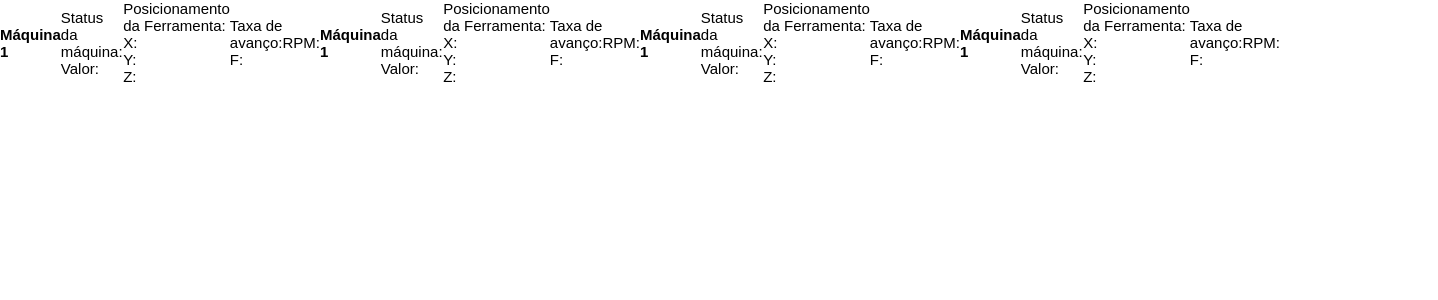
Repository: Murilo-Herrick/Dados-Faculdade
Page: Faculdade - SENAI/1º Semestre/Projeto Integrador/Desenvolvimento/WEB/Monitoramento_CNC_V0.2/TelaPrincipal.html
An editor plug-in stored every save of this project. The page is shown before and after the next save, followed by the edit.
The browser window is 1280 px wide. The page is 1280 px wide, then 1438 px, so the pictures cover 1438 px, including what lies to the right of the window. The pictures show the whole page.

Above is the page before, as saved 2024-05-17 01:04:20.

### Faculdade - SENAI/1º Semestre/Projeto Integrador/Desenvolvimento/WEB/Monitoramento_CNC_V0.2/TelaPrincipal.html
<!DOCTYPE html>
<html lang="pt_">
<head>
    <meta charset="UTF-8">
    <meta name="viewport" content="width=device-width, initial-scale=1.0">
    <title>Máquina CNC</title>
    <link rel="stylesheet" href="css/TelaPrincipal.css">
</head>
<body>
    <h1>Máquina 1</h1>
    <div id="statusMaquina">
        <label for="status" id="tituloStatus">Status da máquina: </label>
        <p id="valorDoStatus">Valor: </p>
    </div>
    <div id="posicionamentoFerramenta">
        <label for="posicionamento" id="titulo">Posicionamento da Ferramenta: </label>
        <p id="eixo_X">X: </p>
        <p id="eixo_Y">Y: </p>
        <p id="eixo_Z">Z: </p>
    </div>
    <div id="taxaDeAvanco">
        <label for="taxaAvanco">Taxa de avanço: </label>
        <p id="valorAvanco">F: </p>
    </div>
    <div id="rpmMaquina">
        <label for="rpm">RPM: </label>
        <p id="valorRPM"> </p>
    </div>
    <script src="js/TelaPrincipal.js"></script>
</body>
</html>
<!DOCTYPE html>
<html lang="pt_">
<head>
    <meta charset="UTF-8">
    <meta name="viewport" content="width=device-width, initial-scale=1.0">
    <title>Máquina CNC</title>
    <link rel="stylesheet" href="css/TelaPrincipal.css">
</head>
<body>
    <h1>Máquina 1</h1>
    <div id="statusMaquina">
        <label for="status" id="tituloStatus">Status da máquina: </label>
        <p id="valorDoStatus">Valor: </p>
    </div>
    <div id="posicionamentoFerramenta">
        <label for="posicionamento">Posicionamento da Ferramenta: </label>
        <p id="eixo_X">X: </p>
        <p id="eixo_Y">Y: </p>
        <p id="eixo_Z">Z: </p>
    </div>
    <div id="taxaDeAvanco">
        <label for="taxaAvanco">Taxa de avanço: </label>
        <p id="valorAvanco">F: </p>
    </div>
    <div id="rpmMaquina">
        <label for="rpm">RPM: </label>
        <p id="valorRPM"> </p>
    </div>
    <script src="js/TelaPrincipal.js"></script>
</body>
</html>
<!DOCTYPE html>
<html lang="pt_">
<head>
    <meta charset="UTF-8">
    <meta name="viewport" content="width=device-width, initial-scale=1.0">
    <title>Máquina CNC</title>
    <link rel="stylesheet" href="css/TelaPrincipal.css">
</head>
<body>
    <h1>Máquina 1</h1>
    <div id="statusMaquina">
        <label for="status" id="">Status da máquina: </label>
        <p id="valorDoStatus">Valor: </p>
    </div>
    <div id="posicionamentoFerramenta">
        <label for="posicionamento">Posicionamento da Ferramenta: </label>
        <p id="eixo_X">X: </p>
        <p id="eixo_Y">Y: </p>
        <p id="eixo_Z">Z: </p>
    </div>
    <div id="taxaDeAvanco">
        <label for="taxaAvanco">Taxa de avanço: </label>
        <p id="valorAvanco">F: </p>
    </div>
    <div id="rpmMaquina">
        <label for="rpm">RPM: </label>
        <p id="valorRPM"> </p>
    </div>
    <script src="js/TelaPrincipal.js"></script>
</body>
</html>
<!DOCTYPE html>
<html lang="pt_">
<head>
    <meta charset="UTF-8">
    <meta name="viewport" content="width=device-width, initial-scale=1.0">
    <title>Máquina CNC</title>
    <link rel="stylesheet" href="css/TelaPrincipal.css">
</head>
<body>
    <h1>Máquina 1</h1>
    <div id="statusMaquina">
        <label for="status">Status da máquina: </label>
        <p id="valorDoStatus">Valor: </p>
    </div>
    <div id="posicionamentoFerramenta">
        <label for="posicionamento">Posicionamento da Ferramenta: </label>
        <p id="eixo_X">X: </p>
        <p id="eixo_Y">Y: </p>
        <p id="eixo_Z">Z: </p>
    </div>
    <div id="taxaDeAvanco">
        <label for="taxaAvanco">Taxa de avanço: </label>
        <p id="valorAvanco">F: </p>
    </div>
    <div id="rpmMaquina">
        <label for="rpm">RPM: </label>
        <p id="valorRPM"> </p>
    </div>
    <script></script>
</body>
</html>

### Faculdade - SENAI/1º Semestre/Projeto Integrador/Desenvolvimento/WEB/Monitoramento_CNC_V0.2/css/TelaPrincipal.css
* {
    margin: 0;
    padding: 0;
    font-family: Arial, Helvetica, sans-serif;
    font-size: 15px;
    box-sizing: border-box;
}

body {
    display: flex;
    justify-content: center;
    align-items: center;
    min
}

Loaded but not shown: Faculdade - SENAI/1º Semestre/Projeto Integrador/Desenvolvimento/WEB/Monitoramento_CNC_V0.2/js/TelaPrincipal.js (no copy from this time; the picture is the same without it)

After the next save:
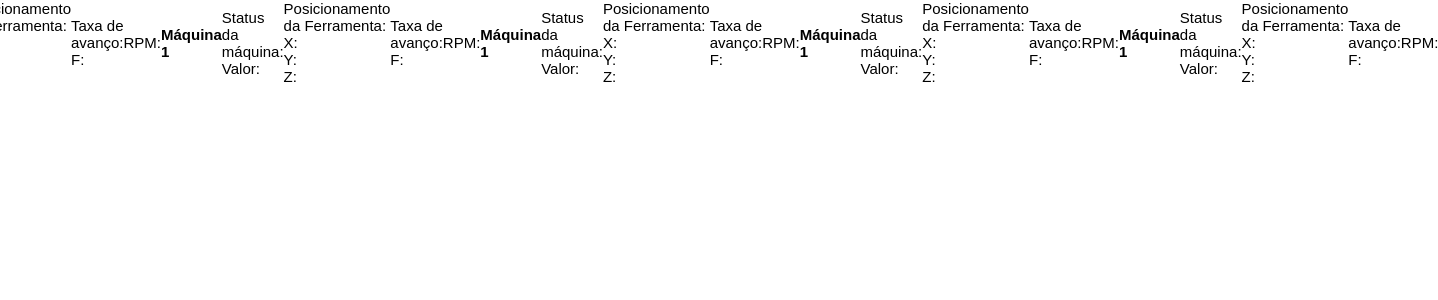
Saved 7 s later.
--- a/Faculdade - SENAI/1º Semestre/Projeto Integrador/Desenvolvimento/WEB/Monitoramento_CNC_V0.2/TelaPrincipal.html
+++ b/Faculdade - SENAI/1º Semestre/Projeto Integrador/Desenvolvimento/WEB/Monitoramento_CNC_V0.2/TelaPrincipal.html
@@ -1,3 +1,34 @@
+<!DOCTYPE html>
+<html lang="pt_">
+<head>
+    <meta charset="UTF-8">
+    <meta name="viewport" content="width=device-width, initial-scale=1.0">
+    <title>Máquina CNC</title>
+    <link rel="stylesheet" href="css/TelaPrincipal.css">
+</head>
+<body>
+    <h1>Máquina 1</h1>
+    <div id="statusMaquina">
+        <label for="status" id="tituloStatus">Status da máquina: </label>
+        <p id="valorDoStatus">Valor: </p>
+    </div>
+    <div id="posicionamentoFerramenta">
+        <label for="posicionamento" id="tituloPosicionamento">Posicionamento da Ferramenta: </label>
+        <p id="eixo_X">X: </p>
+        <p id="eixo_Y">Y: </p>
+        <p id="eixo_Z">Z: </p>
+    </div>
+    <div id="taxaDeAvanco">
+        <label for="taxaAvanco">Taxa de avanço: </label>
+        <p id="valorAvanco">F: </p>
+    </div>
+    <div id="rpmMaquina">
+        <label for="rpm">RPM: </label>
+        <p id="valorRPM"> </p>
+    </div>
+    <script src="js/TelaPrincipal.js"></script>
+</body>
+</html>
 <!DOCTYPE html>
 <html lang="pt_">
 <head>
